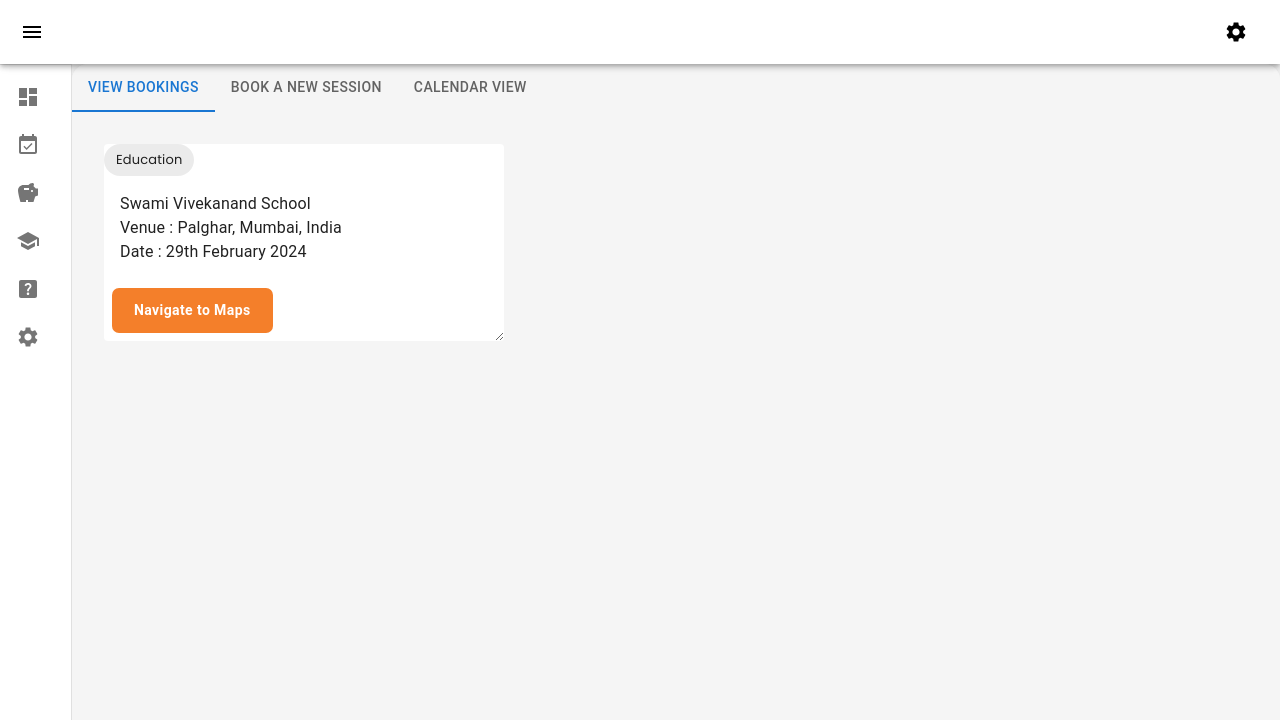
Repository: shubhampirate/Google_Solutions_Edural
Page: /bookings
The author's editor kept a copy of each file at every save. The page is drawn from the files as they stood at one save, then again after the next save.
The browser window is 1280 px wide. The pictures show the whole page.
An inner scrolling area shows only its first screen. The project was rebuilt for these pictures with package versions that can differ from the ones it lists, and the page was loaded fresh each time. Some packages were replaced by stand-ins written for this rebuild. Also part of the build but not shown: src/Components/Navbar.jsx, src/Components/Footer.jsx, src/Components/CongratsCard.jsx, src/pages/Hero/Hero.jsx, src/pages/Dashboard/Dashboard.jsx, src/pages/Sign_in.jsx, src/pages/Bookings/LicenseCard.jsx.

Above is the page before, as saved 2024-02-04 17:25:35.

After the next save:
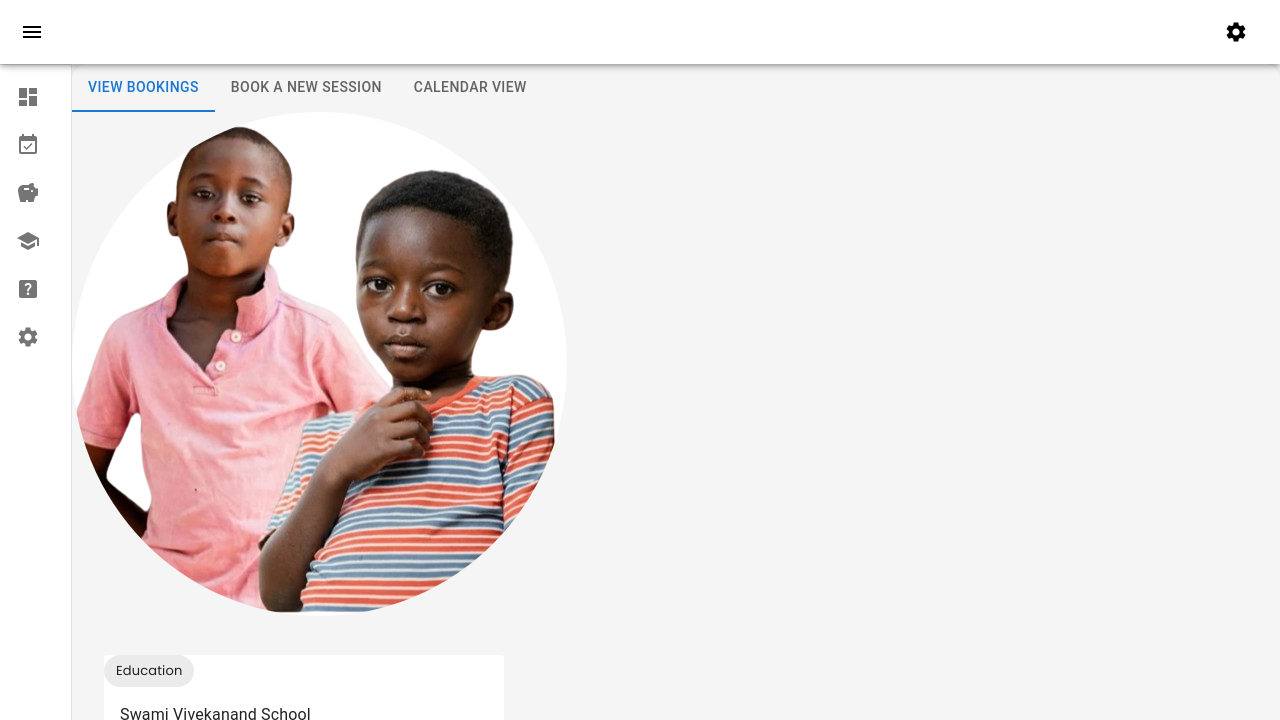
Saved 108 s later.
--- a/src/pages/Bookings/bookings.jsx
+++ b/src/pages/Bookings/bookings.jsx
@@ -14,6 +14,7 @@ import LicenseCard from './LicenseCard';
 import { CardActions, Button } from '@mui/material';
 import Chip from '@mui/material/Chip';
 import CustomButton from '../../Components/CustomButton';
+import heroImg from "../../media/img_main_page.png";
 const defaultTheme = createTheme();
 
 // Placeholder data for bookings and calendar events
@@ -62,6 +63,14 @@ export default function Booking() {
 
           {tabValue === 0 && (
             <Box>
+              <div className="">
+              <Box sx={{ flex: "0.75" }}>
+            <img
+              src={heroImg}
+              alt="heroImg"
+              style={{ maxWidth: "100%", maxHeight: "80%", borderRadius: "50%"}}
+            />
+          </Box>
               <Card
       variant="solid"
       color="primary"
@@ -108,6 +117,7 @@ export default function Booking() {
         {/* <Button variant="solid">Purchase Now</Button> */}
       </CardActions>
     </Card>
+    </div>
             </Box>
           )}
 
